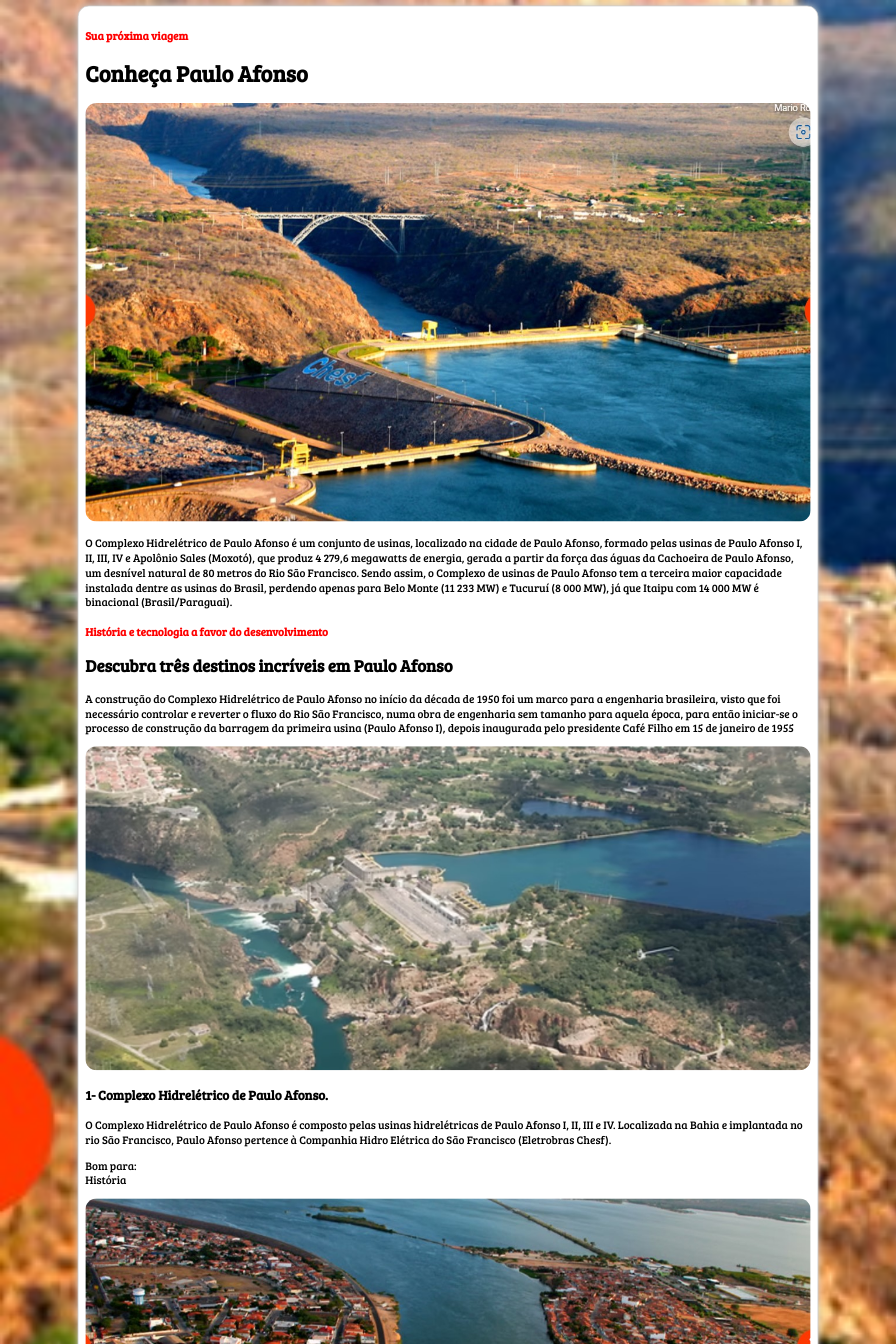
Repository: JeffRodFer/testeGitXGithub
Page: index.html
An editor plug-in stored every save of this project. The page is shown before and after the next save, followed by the edit.
The browser window is 1280 px wide. The pictures show the part of the page from y = 0 to 1920 px (the page is 3236 px tall before and 3178 px after), at 70% of full size.

Above is the page before, as saved 2025-03-15 23:02:44.

After the next save:
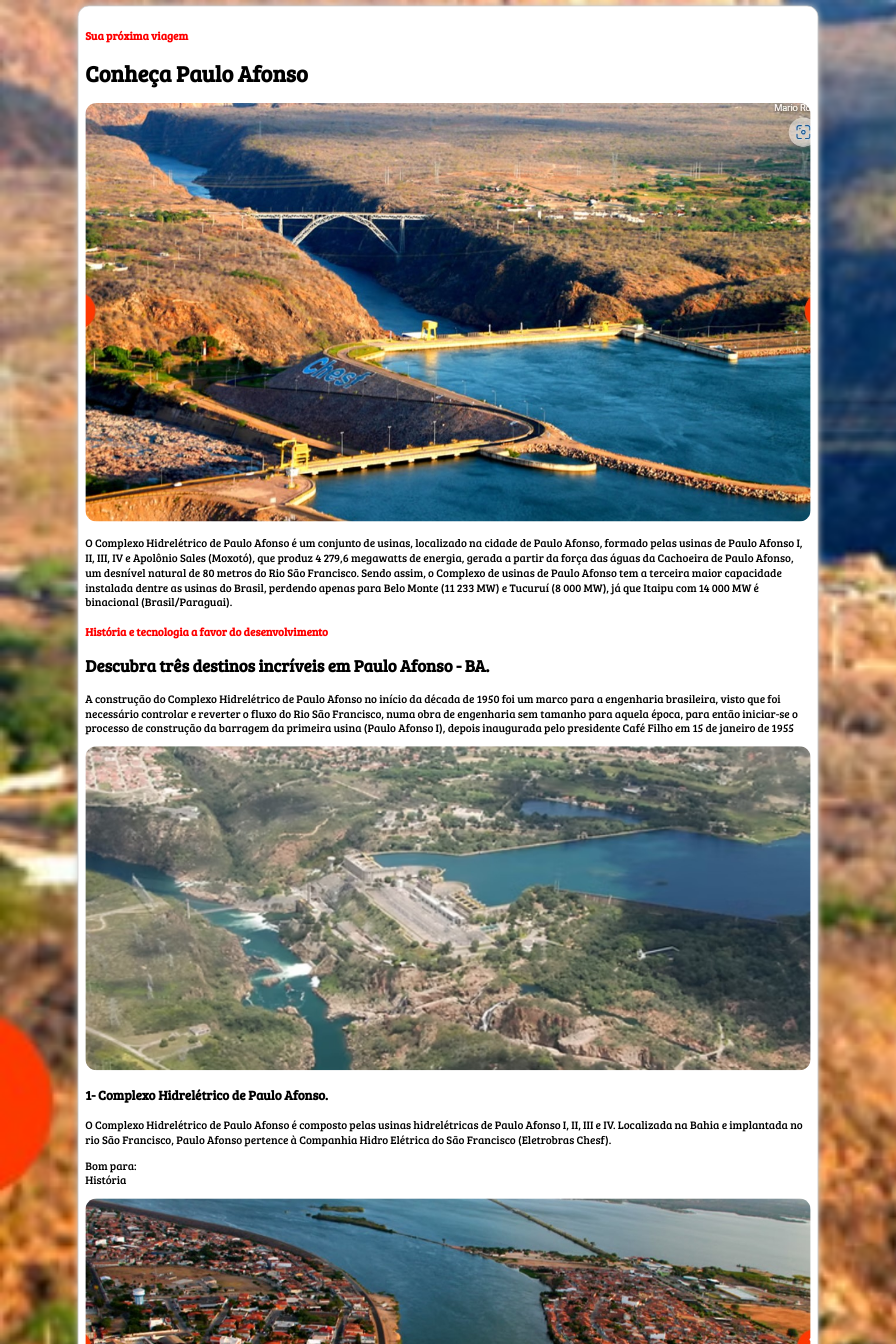
Saved 14 min 54 s later.
--- a/index.html
+++ b/index.html
@@ -21,7 +21,7 @@
             </section>
             <section>
                 <h4>História e tecnologia a favor do desenvolvimento</h4>
-                <h2>Descubra três destinos incríveis em Paulo Afonso</h2>
+                <h2>Descubra três destinos incríveis em Paulo Afonso - BA.</h2>
                 <p>
                          A construção do Complexo Hidrelétrico de Paulo Afonso no início da década de 1950 foi um marco para a engenharia brasileira, visto que foi necessário controlar e reverter o fluxo do Rio São Francisco, numa obra de engenharia sem tamanho para aquela época, para então iniciar-se o processo de construção da barragem da primeira usina (Paulo Afonso I), depois inaugurada pelo presidente Café Filho em 15 de janeiro de 1955
                 </p>
@@ -53,8 +53,9 @@
                     Lazer <br>
                     Aventura</p>
             </section>
-            <p>Lorem ipsum dolor, sit amet consectetur adipisicing elit. Aspernatur tempore eum eveniet optio obcaecati sed mollitia porro, perspiciatis atque quae, fuga, praesentium itaque quibusdam corporis in eos repellat. Illo, qui.</p>
-            <p>Lorem ipsum dolor sit amet consectetur adipisicing elit. Doloribus possimus similique ex voluptate quis dolor, impedit exercitationem quos a quaerat quo magni voluptas accusamus cupiditate, tempore asperiores, blanditiis inventore saepe.</p>
+            <p>
+                Prepare-se para se maravilhar com o poder das águas de Paulo Afonso e para sair desta jornada com um profundo respeito pelo equilíbrio entre natureza e tecnologia. Venha parte desta aventura e descubra a energia que move o coração da Bahia e do Brasil.
+            </p>
         </div>
     </main>
 </body>
